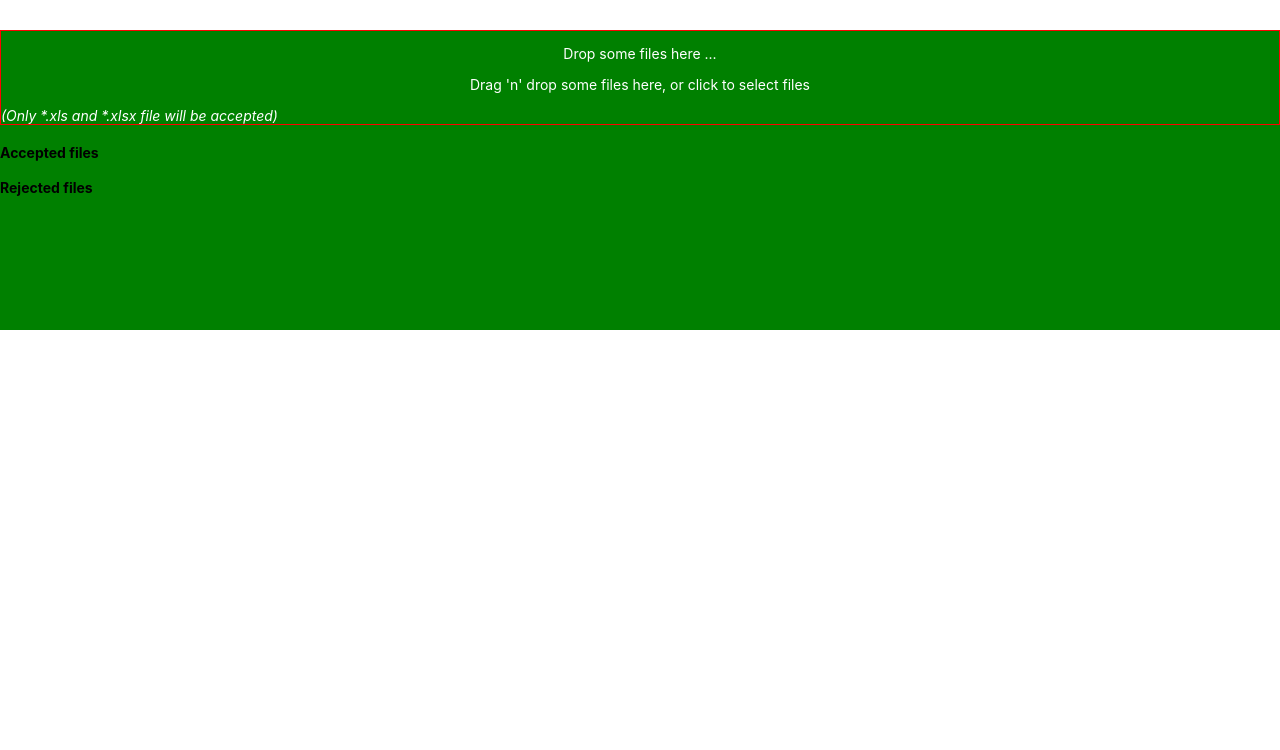
Repository: enigmawxy/abi2020
Page: /
The author's editor kept a copy of each file at every save. The page is drawn from the files as they stood at one save, then again after the next save.
The browser window is 1280 px wide. The pictures show the whole page.
The page's requests for data from a server got no answer. The project was rebuilt for these pictures with package versions that can differ from the ones it lists, and the page was loaded fresh each time. No one was signed in, and anything a server would have sent is missing. Also part of the build but not shown: src/components/login/login.scss, src/components/login/login.jsx, src/common/header.scss, src/common/header.jsx, src/common/footer.scss, src/common/footer.jsx, src/components/register/content.scss, src/components/register/content.jsx and 3 more.

Above is the page before, as saved 2020-08-19 10:40:08.

After the next save:
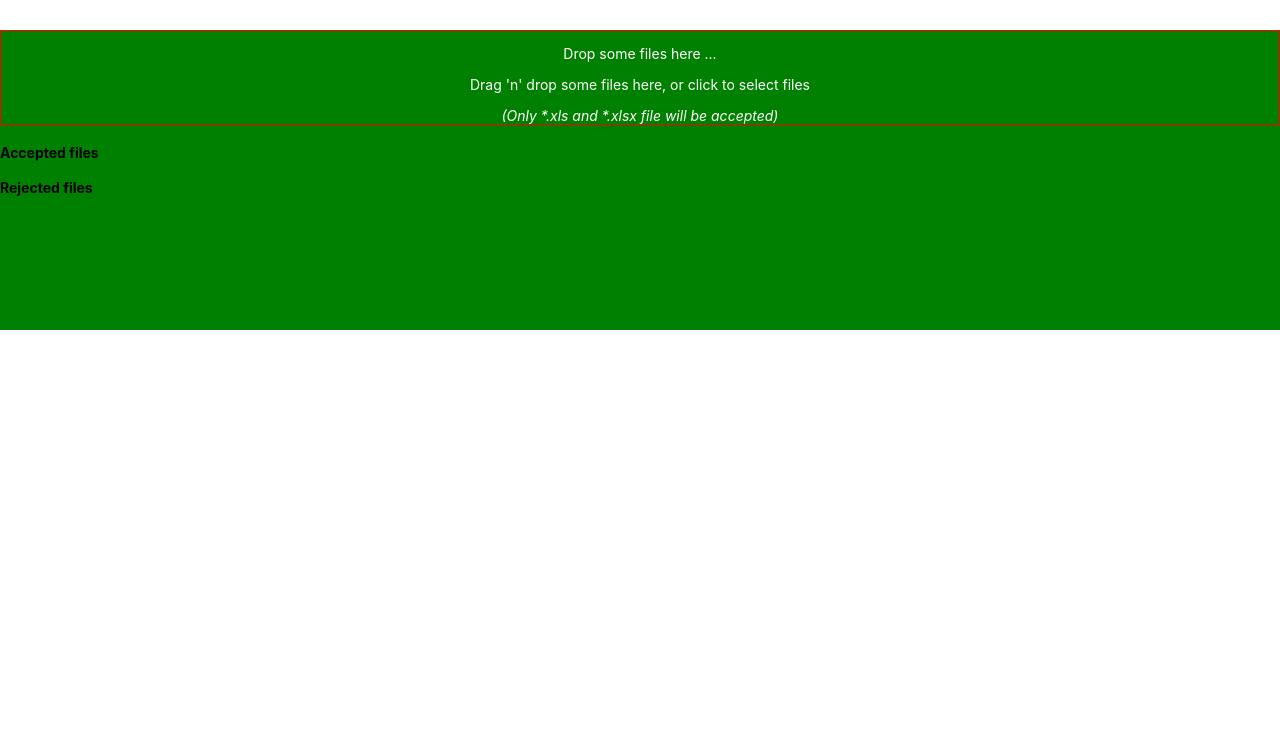
Saved 34 s later.
--- a/src/common/Accept.scss
+++ b/src/common/Accept.scss
@@ -5,8 +5,8 @@
     background: green;
     .dropzone {
         border: 1px solid red;
+        text-align: center;
         p, em {
-            text-align: center;
             color: #fff;
         }
     }
